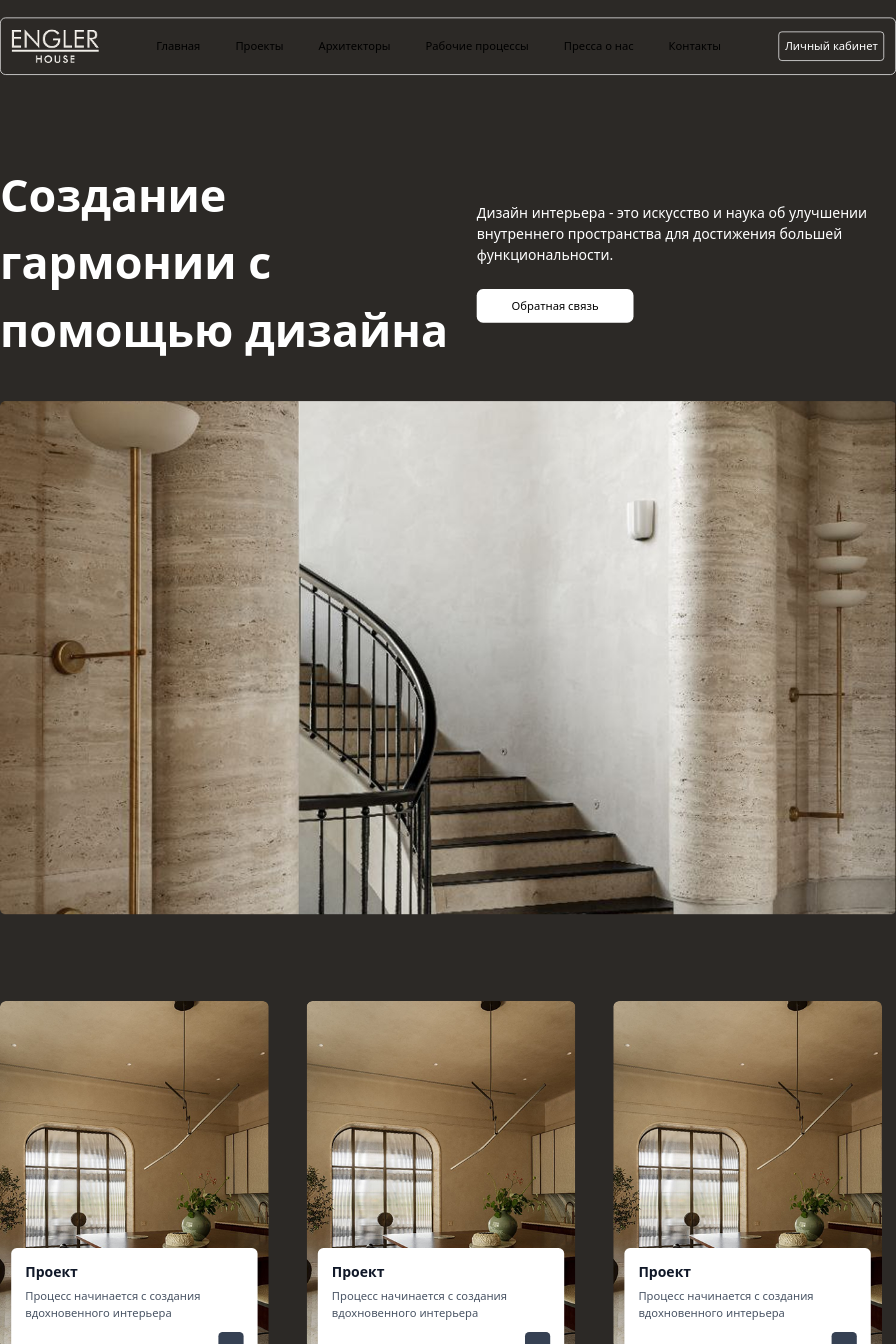
Repository: Quvonch299/figma
Page: pages/index.html
The author's editor kept a copy of each file at every save. The page is drawn from the files as they stood at one save, then again after the next save.
The browser window is 1280 px wide. The pictures show the part of the page from y = 0 to 1920 px (the page is 4104 px tall before and 4118 px after), at 70% of full size.

Above is the page before, as saved 2025-10-06 20:09:52.

After the next save:
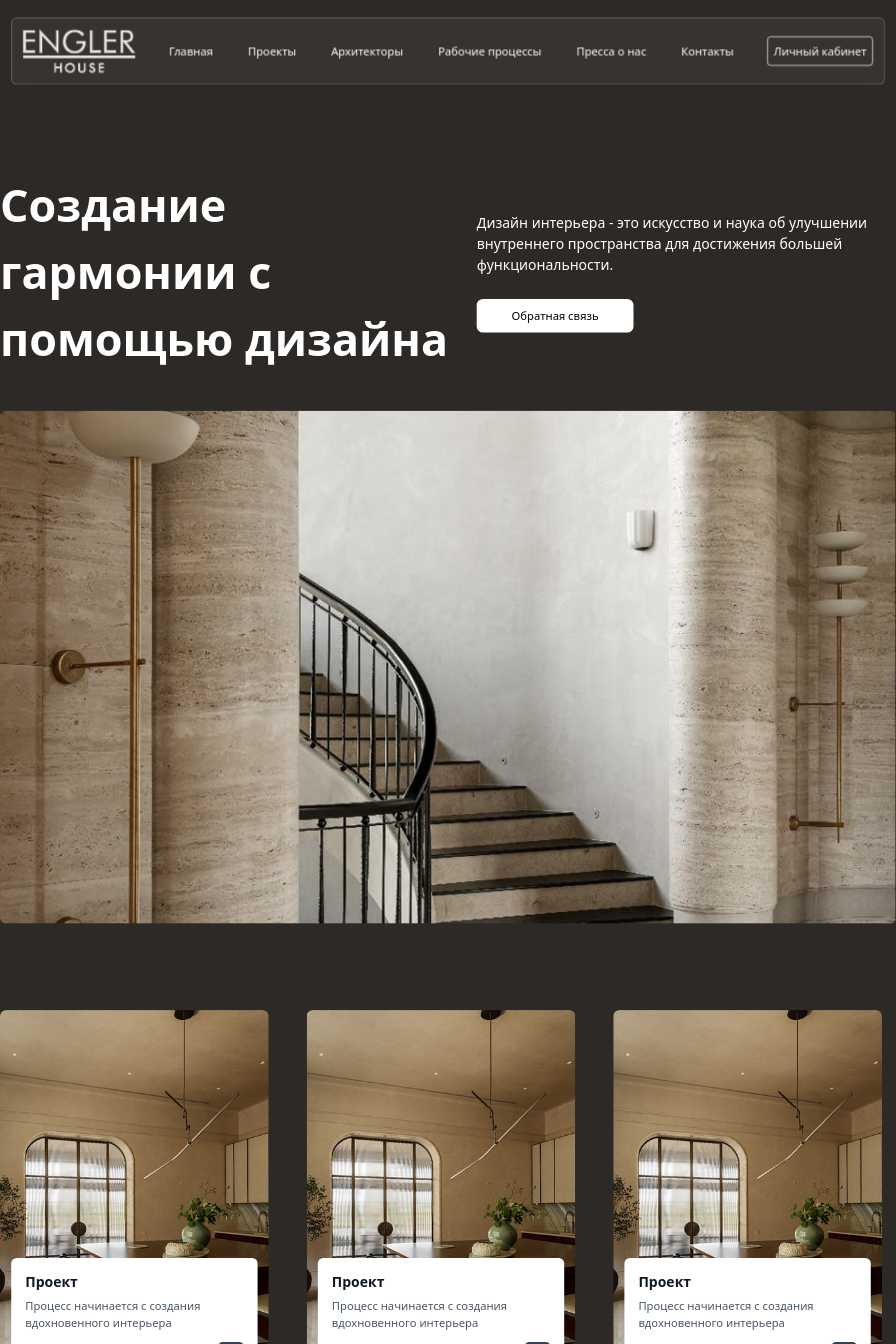
Saved 2 min 3 s later.
--- a/pages/index.html
+++ b/pages/index.html
@@ -13,37 +13,64 @@
 <body>
     <div class="">
 
-        <header class="header ">
-            <nav class="navbar pt-[25px]">
-                <div class="container">
-                    <div class="item flex justify-between items-center border border-white p-4 rounded-[8px]  bg-none">
-                        <div class="logo">
-                            <img src="./imgs/foote logo.png" alt="">
-                        </div>
-                        <div class="list flex gap-[50px] ">
-                            <a class="text-[black] hover:font-bold hover:text-white/60 duration-300"
-                                href="./index.htm">Главная</a>
-                            <a class="text-[black] hover:font-bold hover:text-white/60 duration-300"
+        <header class="header bg-transparent relative z-50">
+            <nav class="navbar pt-4 md:pt-[25px]">
+                <div class="container mx-auto px-4">
+                    <div
+                        class="item flex justify-between items-center border border-white/30 p-3 md:p-4 rounded-[8px] backdrop-blur-sm bg-white/5">
+
+                        <div class="logo flex-shrink-0">
+                            <img src="./imgs/foote logo.png" alt="logo" class="w-[120px] md:w-[160px]">
+                        </div>
+
+                        <button id="menu-btn"
+                            class="md:hidden flex flex-col justify-center items-center w-10 h-10 border border-white/40 rounded-lg">
+                            <span class="w-6 h-[2px] bg-white mb-[5px]"></span>
+                            <span class="w-6 h-[2px] bg-white mb-[5px]"></span>
+                            <span class="w-6 h-[2px] bg-white"></span>
+                        </button>
+
+                        <div id="menu"
+                            class="list hidden md:flex flex-col md:flex-row md:gap-[50px] gap-4 absolute md:static top-full left-0 w-full md:w-auto bg-[#2C2926] md:bg-transparent border-t md:border-0 border-white/20 p-6 md:p-0 md:mt-0 mt-3">
+                            <a class="text-white hover:font-bold hover:text-white/60 duration-300"
+                                href="./index.html">Главная</a>
+                            <a class="text-white hover:font-bold hover:text-white/60 duration-300"
                                 href="./index.html">Проекты</a>
-                            <a class="text-[black] hover:font-bold hover:text-white/60 duration-300"
-                                href="./index3.html ">Архитекторы</a>
-                            <a class="text-[black] hover:font-bold hover:text-white/60 duration-300"
-                                href="./index4.html ">Рабочие
-                                процессы</a>
-                            <a class="text-[black] hover:font-bold hover:text-white/60 duration-300"
-                                href="./index5.html ">Пресса о
-                                нас</a>
-                            <a class="text-[black] hover:font-bold hover:text-white/60 duration-300"
-                                href="./index6.html ">Контакты</a>
-                        </div>
-                        <div class="btn">
-                            <button class="border p-2 rounded-[5px] border-white text-white">Личный кабинет</button>
+                            <a class="text-white hover:font-bold hover:text-white/60 duration-300"
+                                href="./index3.html">Архитекторы</a>
+                            <a class="text-white hover:font-bold hover:text-white/60 duration-300"
+                                href="./index4.html">Рабочие процессы</a>
+                            <a class="text-white hover:font-bold hover:text-white/60 duration-300"
+                                href="./index5.html">Пресса о нас</a>
+                            <a class="text-white hover:font-bold hover:text-white/60 duration-300"
+                                href="./index6.html">Контакты</a>
+
+                            <button
+                                class="md:hidden mt-4 border border-white text-white py-2 rounded-[5px] w-full">Личный
+                                кабинет</button>
+                        </div>
+
+                        <div class="btn hidden md:block">
+                            <button
+                                class="border p-2 rounded-[5px] border-white text-white hover:bg-white hover:text-black duration-300">
+                                Личный кабинет
+                            </button>
                         </div>
 
                     </div>
                 </div>
             </nav>
+
+            <!-- <script>
+    const menuBtn = document.getElementById('menu-btn');
+    const menu = document.getElementById('menu');
+    menuBtn.addEventListener('click', () => {
+      menu.classList.toggle('hidden');
+      menu.classList.toggle('flex');
+    });
+  </script> -->
         </header>
+
         <main class="main">
             <section class="sec_1 pt-[124px]">
                 <div class="container">
